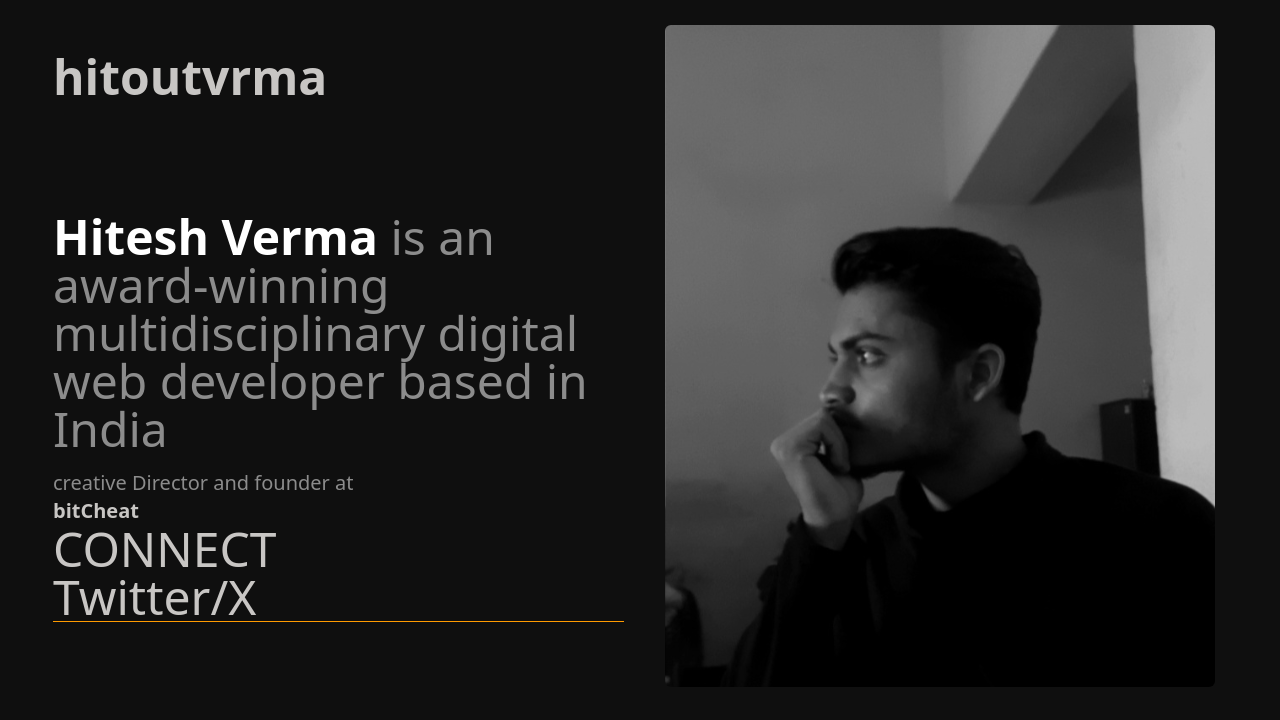
Repository: hitoutvrma/portfolio
Page: /
The author's editor kept a copy of each file at every save. The page is drawn from the files as they stood at one save, then again after the next save.
The browser window is 1280 px wide. The pictures show the whole page.
The project was rebuilt for these pictures with package versions that can differ from the ones it lists, and the page was loaded fresh each time. Also part of the build but not shown: vite.config.js.

Above is the page before, as saved 2025-03-07 01:12:03.

After the next save:
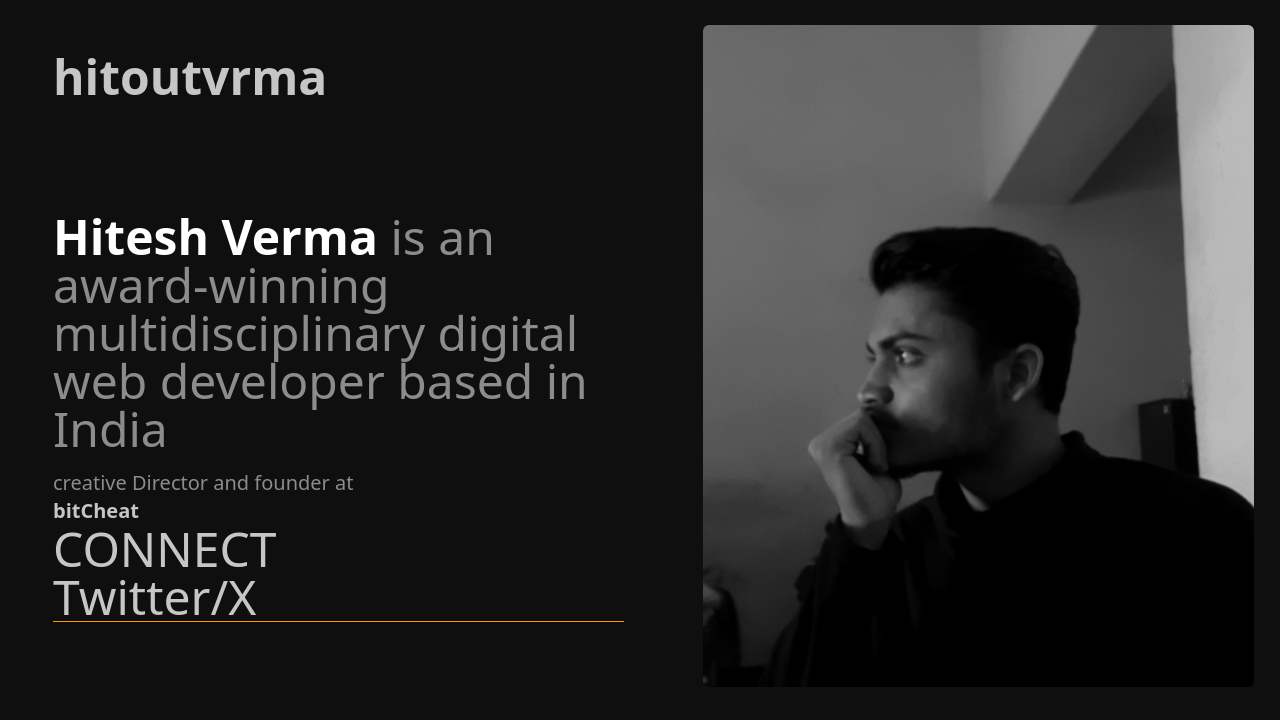
Saved 4 s later.
--- a/src/App.jsx
+++ b/src/App.jsx
@@ -18,7 +18,7 @@ function App() {
           <div className='w-full h-[0.1vh] bg-amber-500'></div>
         </div>
         </div>
-        <div style={{ backgroundImage: "url('/user.jpg')" }} className='sm:ml-[1vw] bg-cover bg-center w-[43vw] h-[92vh]  bg-[#3a3a3a] rounded-md'>
+        <div style={{ backgroundImage: "url('/user.jpg')" }} className='sm:ml-[4vw] bg-cover bg-center w-[43vw] h-[92vh]  bg-[#3a3a3a] rounded-md'>
         </div>
       </div>
 
